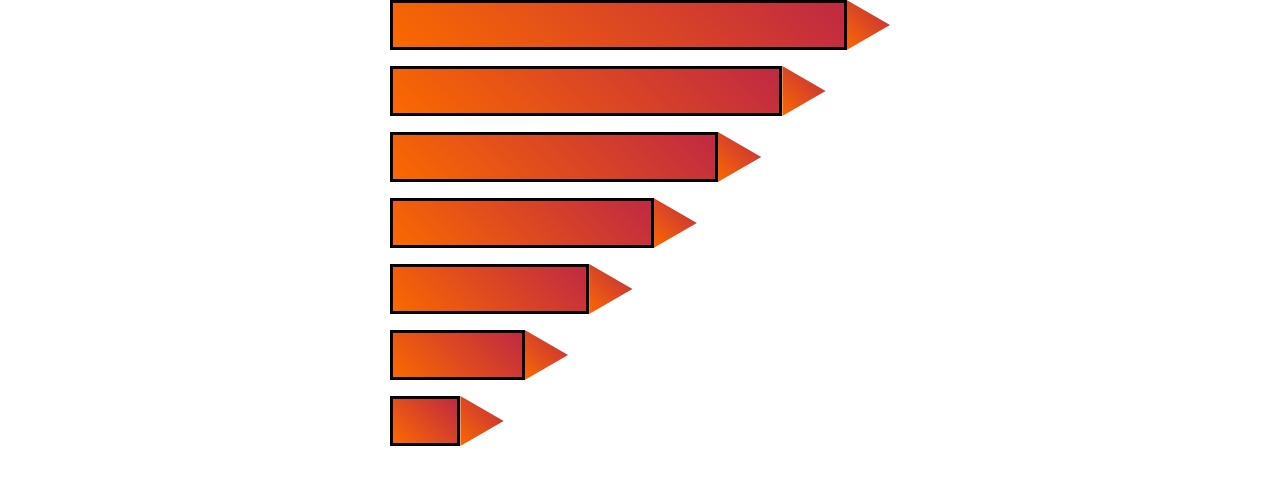
Repository: abdouAppcraft/Predict-DPE
Page: /result
The author's editor kept a copy of each file at every save. The page is drawn from the files as they stood at one save, then again after a run of saves.
The browser window is 1280 px wide. The pictures show the whole page.
The project was rebuilt for these pictures with package versions that can differ from the ones it lists, and the page was loaded fresh each time. Also part of the build but not shown: src/hooks/useDpeOptions.tsx, src/screens/PredictForm/PredictForm.css, src/strings/string.ts, src/utils/computeData.ts, src/screens/PredictForm/PredictForm.tsx.

Above is the page before, as saved 2024-06-12 09:45:26.

After the next 3 saves:
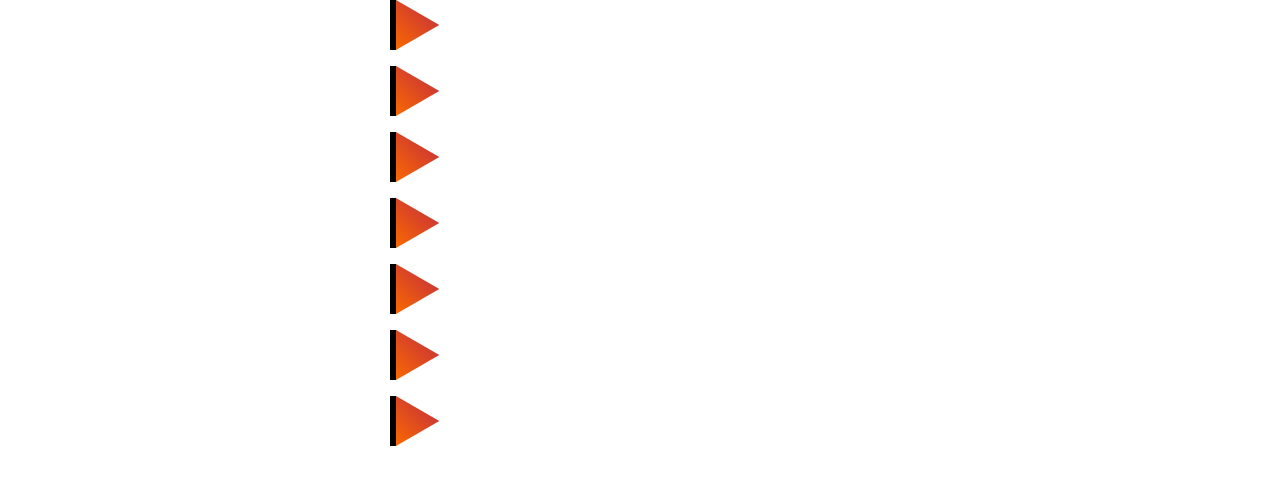
The 3 saves are shown as one change because they came seconds apart.
The last was saved 11 s later.
--- a/src/screens/Result/Result.tsx
+++ b/src/screens/Result/Result.tsx
@@ -17,7 +17,7 @@ const Result: React.FC<Props> = (props) => {
   return (
     <div style={{ maxWidth: 500, margin: "auto" }}>
       {letter.map((l, index) => (
-        <ResultItem flex={(letter.length - index) / letter.length} />
+        <ResultItem flex={(index - letter.length) / letter.length} />
       ))}
     </div>
   );
